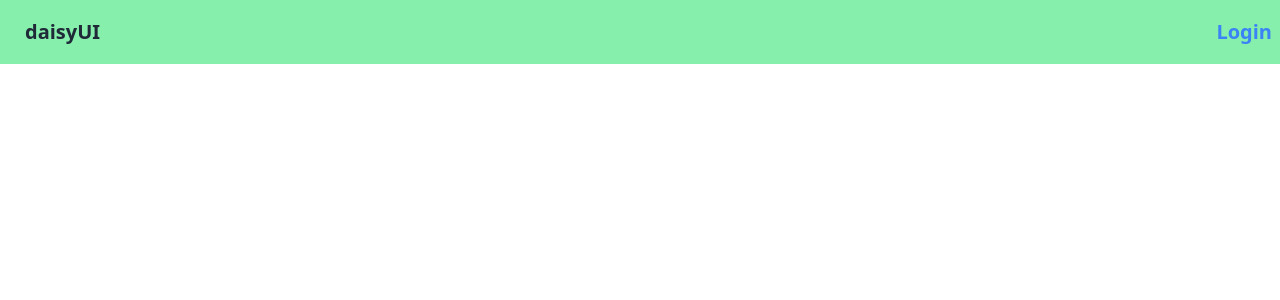
Repository: mohamedk98/Sparrow
Page: /profile (app in client/)
The author's editor kept a copy of each file at every save. The page is drawn from the files as they stood at one save, then again after the next save.
The browser window is 1280 px wide. The pictures show the whole page.
The page's requests for data from a server got no answer. The project was rebuilt for these pictures with package versions that can differ from the ones it lists, and the page was loaded fresh each time. No one was signed in, and anything a server would have sent is missing. Also part of the build but not shown: client/src/App.css, client/src/pages/Home.js, client/src/pages/Login.js.

Above is the page before, as saved 2022-06-27 14:51:23.

After the next save:
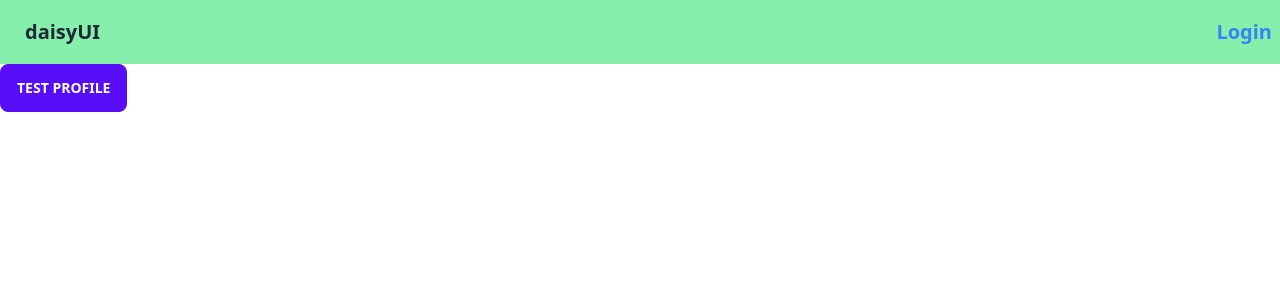
Saved 2 min 7 s later.
--- a/client/src/pages/Profile.js
+++ b/client/src/pages/Profile.js
@@ -4,12 +4,17 @@ import React, { useEffect, useState } from "react";
 function Profile(props) {
   const [profileData, setProfileData] = useState();
 
-  useEffect(() => {
-    axios.get("http://localhost:4000/profile").then((response) => {
+  const getProfileData = () => {
+    axios.get("http://localhost:4000/profile",{}).then((response) => {
       console.log(response);
     });
-  });
-  return <div></div>;
+  };
+  useEffect(() => {});
+  return (
+    <>
+      <button className="btn btn-primary" onClick={getProfileData}>Test Profile</button>
+    </>
+  );
 }
 
 export default Profile;
